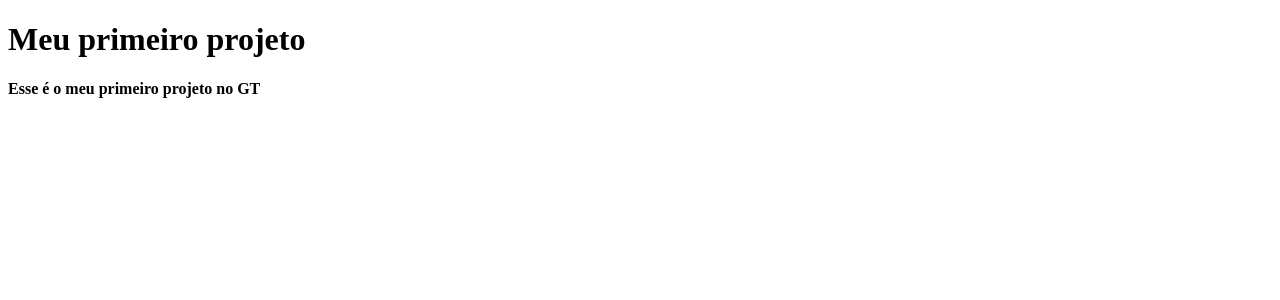
Repository: geracao-11/aula01
Page: index.html
An editor plug-in stored every save of this project. The page is shown before and after a run of saves, followed by the edit.
The browser window is 1280 px wide. The pictures show the whole page.

Above is the page before, as saved 2025-04-02 09:15:38.

After the next 2 saves:
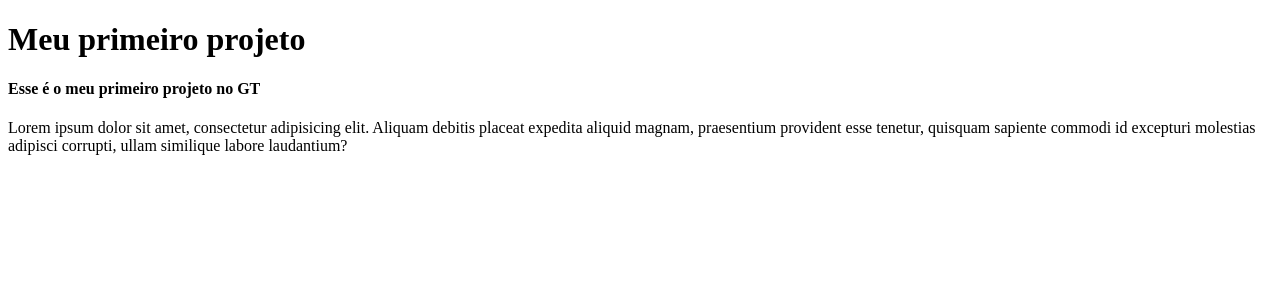
The 2 saves are shown as one change because they came seconds apart.
The last was saved 7 s later.
--- a/index.html
+++ b/index.html
@@ -12,7 +12,7 @@
     </header>
     <main>
         <p>
-
+            Lorem ipsum dolor sit amet, consectetur adipisicing elit. Aliquam debitis placeat expedita aliquid magnam, praesentium provident esse tenetur, quisquam sapiente commodi id excepturi molestias adipisci corrupti, ullam similique labore laudantium?
         </p>
     </main>
     <footer></footer>
